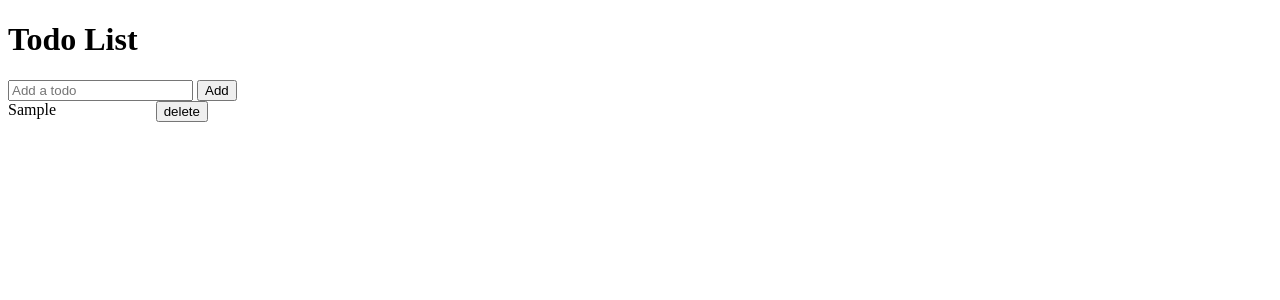
Repository: ble-syn/Todo-list
Page: index.html
The author's editor kept a copy of each file at every save. The page is drawn from the files as they stood at one save, then again after the next save.
The browser window is 1280 px wide. The pictures show the whole page.
Empty fields were first filled with sample values (such as "Sample", 5 or name@example.com).
After loading, the first visible `button` was clicked once.

Above is the page before, as saved 2022-10-19 21:19:23.

### index.html
<!DOCTYPE html>
<html lang="en">
<head>
    <meta charset="UTF-8">
    <meta http-equiv="X-UA-Compatible" content="IE=edge">
    <meta name="viewport" content="width=device-width, initial-scale=1.0">
    <title>Todo List</title>
</head>
<body>

    <main>
        <h1>Todo List</h1>
            <input type="text" name="todo" placeholder="Add a todo">
            <button>Add</button>
            <div id="list">

            </div>
    </main>

    <script src="app.js"></script>
</body>
</html>

### app.js
const todo = document.querySelector('input');
const button = document.querySelector('button');
let todoList = document.querySelector('#list');

let todoArray = [];


function render (){
    todoList.innerHTML = ""
    const items = todoArray.map((element, index) => {
        return `
            <li style="display: flex; justify-content: space-between; width: 200px;">
                <span>${element}</span>
                <button id="${index}" onclick="delFunc(${index})">delete</button>
            </li>
        `
    });
    todoList.innerHTML = items
}

function delFunc(index){
    todoArray.splice(index, 1)
    render()
}

button.addEventListener('click', () => {
    const value = todo.value;
    if (value == ""){
        return
    }
    todoArray.push(value);

    render();
    todo.value = "";

});

After the next save:
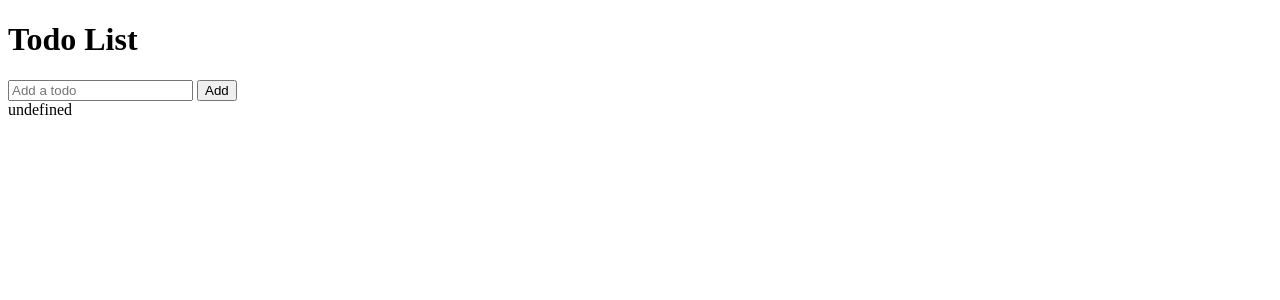
Saved 106 s later.
--- a/app.js
+++ b/app.js
@@ -7,7 +7,7 @@
 
 function render (){
     todoList.innerHTML = ""
-    const items = todoArray.map((element, index) => {
+    const items = todoArray.forEach((element, index) => {
         return `
             <li style="display: flex; justify-content: space-between; width: 200px;">
                 <span>${element}</span>

After the save that followed:
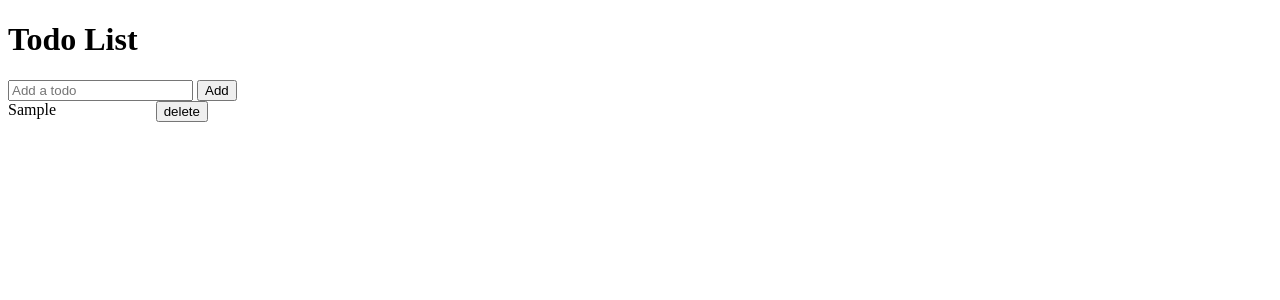
Saved 79 s later.
--- a/app.js
+++ b/app.js
@@ -7,7 +7,7 @@
 
 function render (){
     todoList.innerHTML = ""
-    const items = todoArray.forEach((element, index) => {
+    const items = todoArray.map((element, index) => {
         return `
             <li style="display: flex; justify-content: space-between; width: 200px;">
                 <span>${element}</span>
